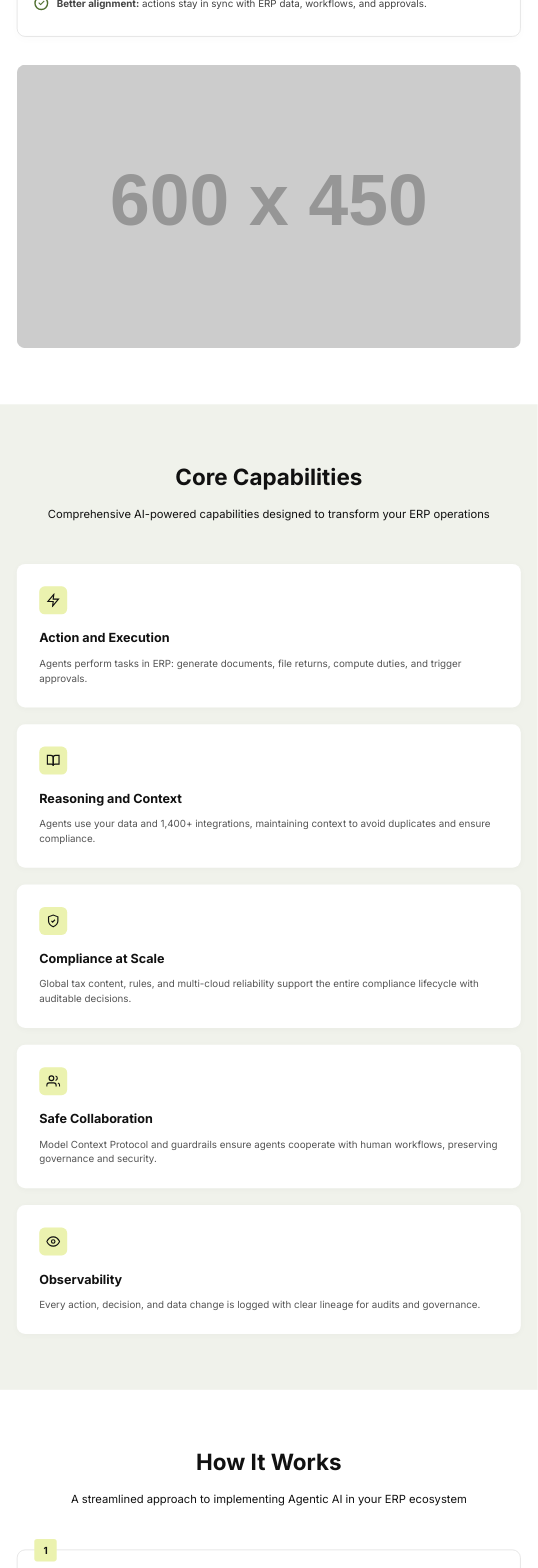
Repository: Opawumi/work_merate
Page: agent-ai.html
These files come from the project's save history. The page is drawn as it stood at one moment and after the next save; the edit follows.
The browser window is 768 px wide. The pictures show the part of the page from y = 992 to 3232 px (the page is 7222 px tall before and 7492 px after), at 70% of full size.

Above is the page before, as saved 2026-02-05 13:35:30.

After the next save:
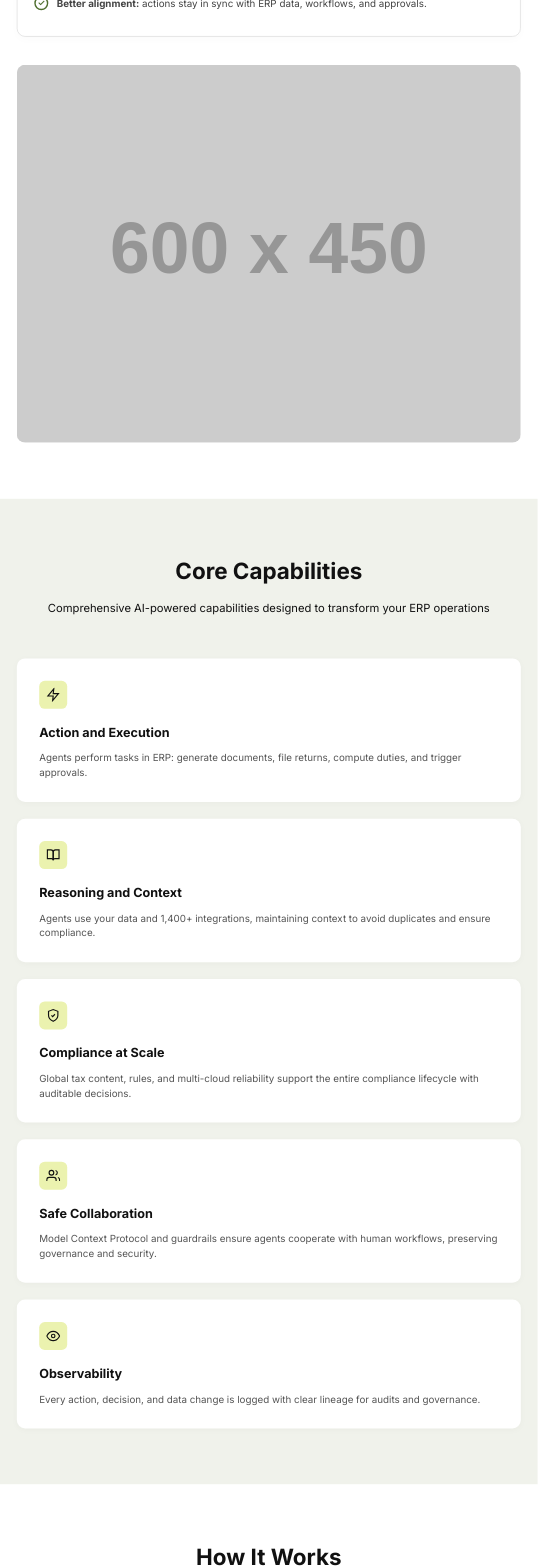
Saved 41 s later.
--- a/agent-ai.css
+++ b/agent-ai.css
@@ -563,7 +563,6 @@
   }
   .image-content {
     height: auto;
-    aspect-ratio: 16/9;
   }
 
   .grid-3,
